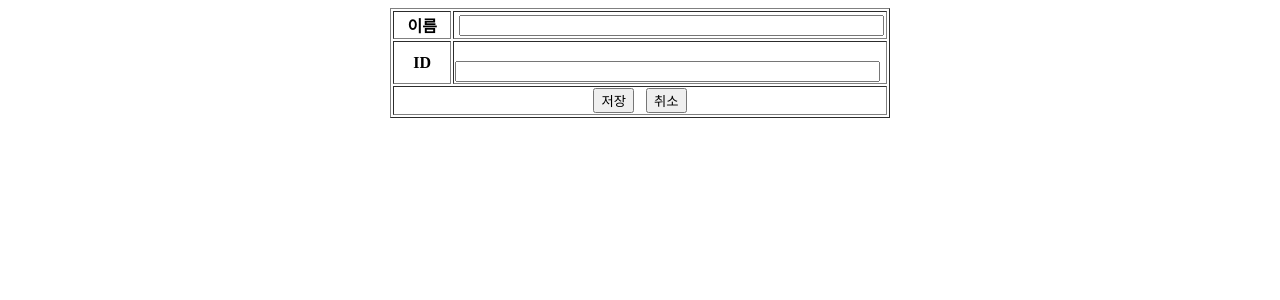
Repository: munjungbae/JspStudy
Page: jspStudy/src/main/webapp/bbs/register.html
An editor plug-in stored every save of this project. The page is shown before and after the next save, followed by the edit.
The browser window is 1280 px wide. The pictures show the whole page.

Above is the page before, as saved 2024-12-03 08:19:44.

### jspStudy/src/main/webapp/bbs/register.html
<!DOCTYPE html>
<html>
<head>
<meta charset="UTF-8">
<meta name="viewport" content="width=device-width, initial-scale=1.0">
<title>방명록 작성하기</title>
</head>
<body>
	<form method="post" action="/jspStudy/memberInsert">
		<table align="center" width="500" border="1">
			<tr>
				<th width="70">이름</th>
				<td width="430">&nbsp;<input type="text" name="name"
					size="50">
				</td>
			</tr>
			<tr>
				<th width="70">ID</th>
				<td>&nbsp; <input type="text" name="id" size="50">
				</td>
			</tr>
			<tr>
				<td colspan="2" align="center"><input type="submit" value="저장">&nbsp;&nbsp;
					<input type="reset" value="취소"></td>
			</tr>
		</table>
	</form>
</body>
</html>

After the next save:
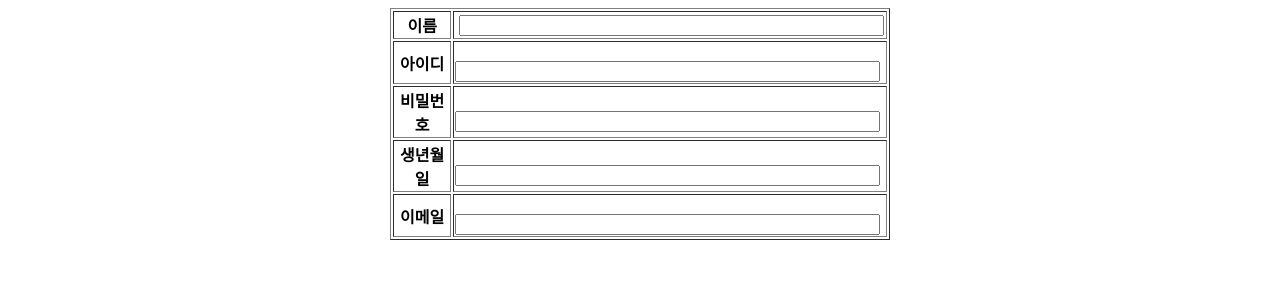
Saved 99 s later.
--- a/jspStudy/src/main/webapp/bbs/register.html
+++ b/jspStudy/src/main/webapp/bbs/register.html
@@ -3,7 +3,7 @@
 <head>
 <meta charset="UTF-8">
 <meta name="viewport" content="width=device-width, initial-scale=1.0">
-<title>방명록 작성하기</title>
+<title>회원가입</title>
 </head>
 <body>
 	<form method="post" action="/jspStudy/memberInsert">
@@ -15,13 +15,24 @@
 				</td>
 			</tr>
 			<tr>
-				<th width="70">ID</th>
+				<th width="70">아이디</th>
 				<td>&nbsp; <input type="text" name="id" size="50">
 				</td>
 			</tr>
 			<tr>
-				<td colspan="2" align="center"><input type="submit" value="저장">&nbsp;&nbsp;
-					<input type="reset" value="취소"></td>
+				<th width="70">비밀번호</th>
+				<td>&nbsp; <input type="password" name="pwd" size="50">
+				</td>
+			</tr>
+			<tr>
+				<th width="70">생년월일</th>
+				<td>&nbsp; <input type="text" name="birth" size="50">
+				</td>
+			</tr>
+			<tr>
+				<th width="70">이메일</th>
+				<td>&nbsp; <input type="email" name="email" size="50">
+				</td>
 			</tr>
 		</table>
 	</form>
